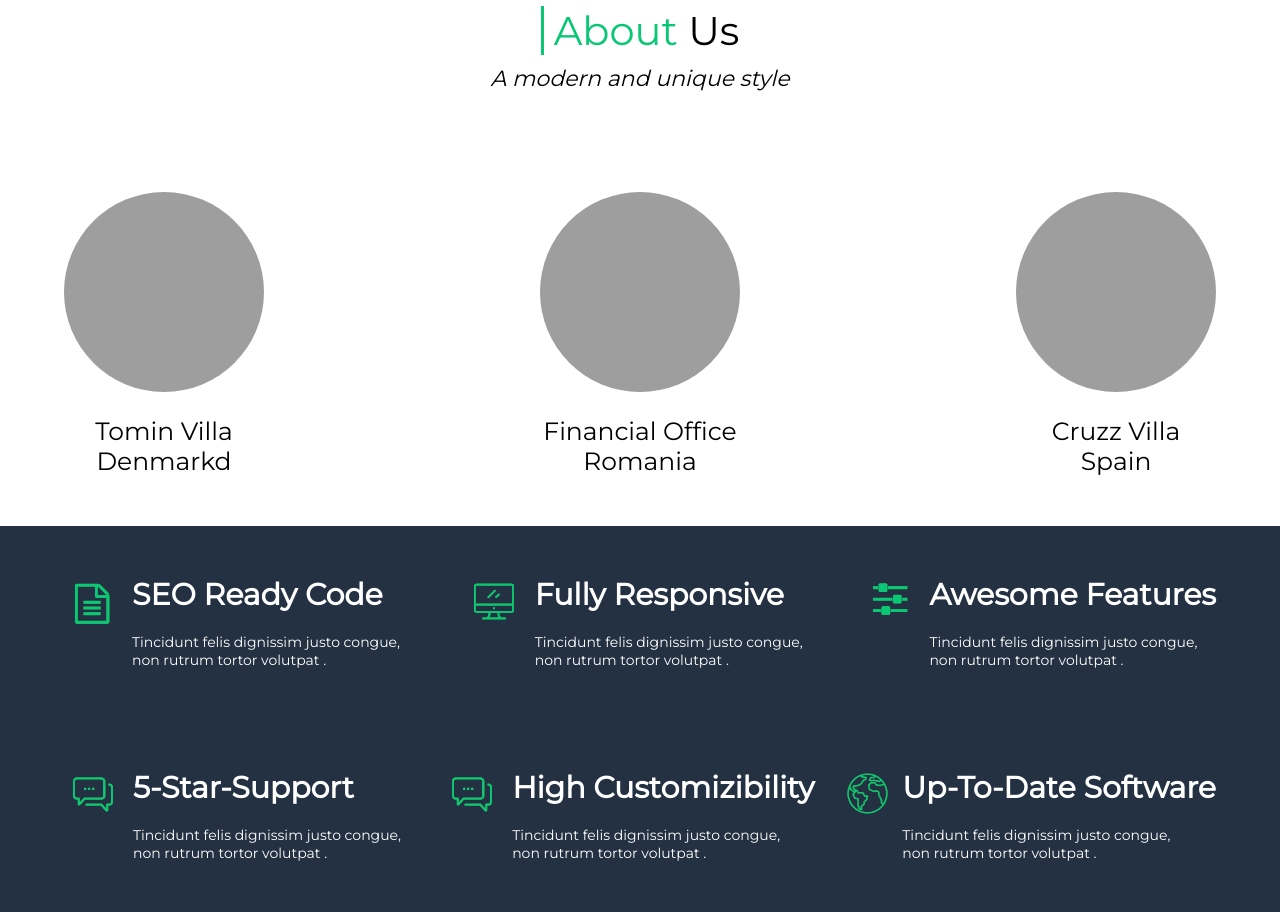
Repository: Yowani24/Real-Estate2
Page: index.html
An editor plug-in stored every save of this project. The page is shown before and after the next save, followed by the edit.
The browser window is 1280 px wide. The pictures show the part of the page from y = 849 to 1801 px (the page is 1761 px tall before and 1801 px after).
Pictures or frames that could not be fetched are drawn as grey boxes. Some web fonts or font styles are not loaded; a fallback is used.

Above is the page before, as saved 2021-08-27 14:45:15.

After the next save:
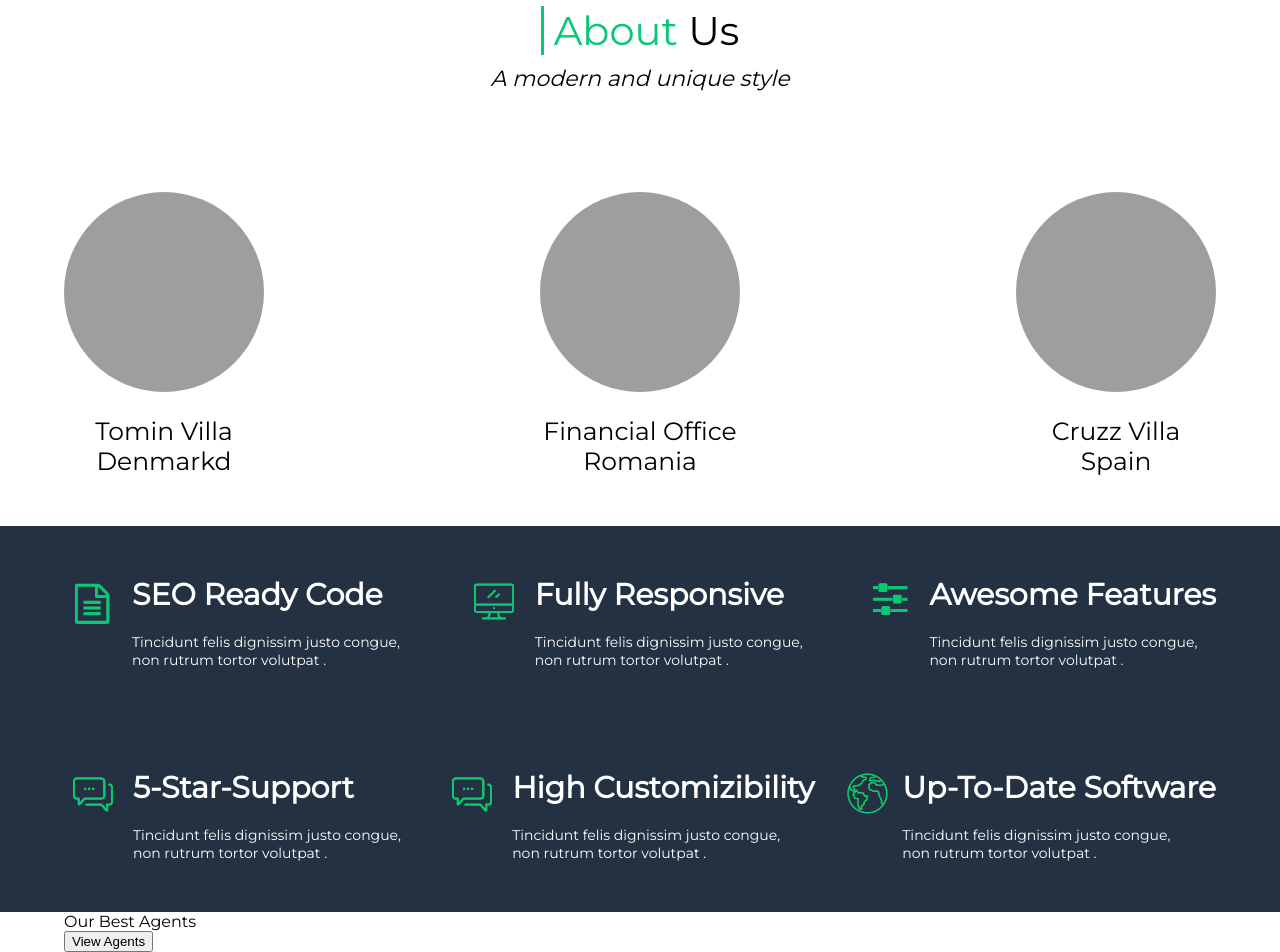
Saved 50 s later.
--- a/index.html
+++ b/index.html
@@ -79,6 +79,10 @@
     <section class="best_agents_sec">
         <div class="interface_wrapper best_agents">
             <div>
+                <div>
+                    <p>Our Best Agents</p>
+                    <button>View Agents</button>
+                </div>
                 <div v-for="item in items">
 
                 </div>
